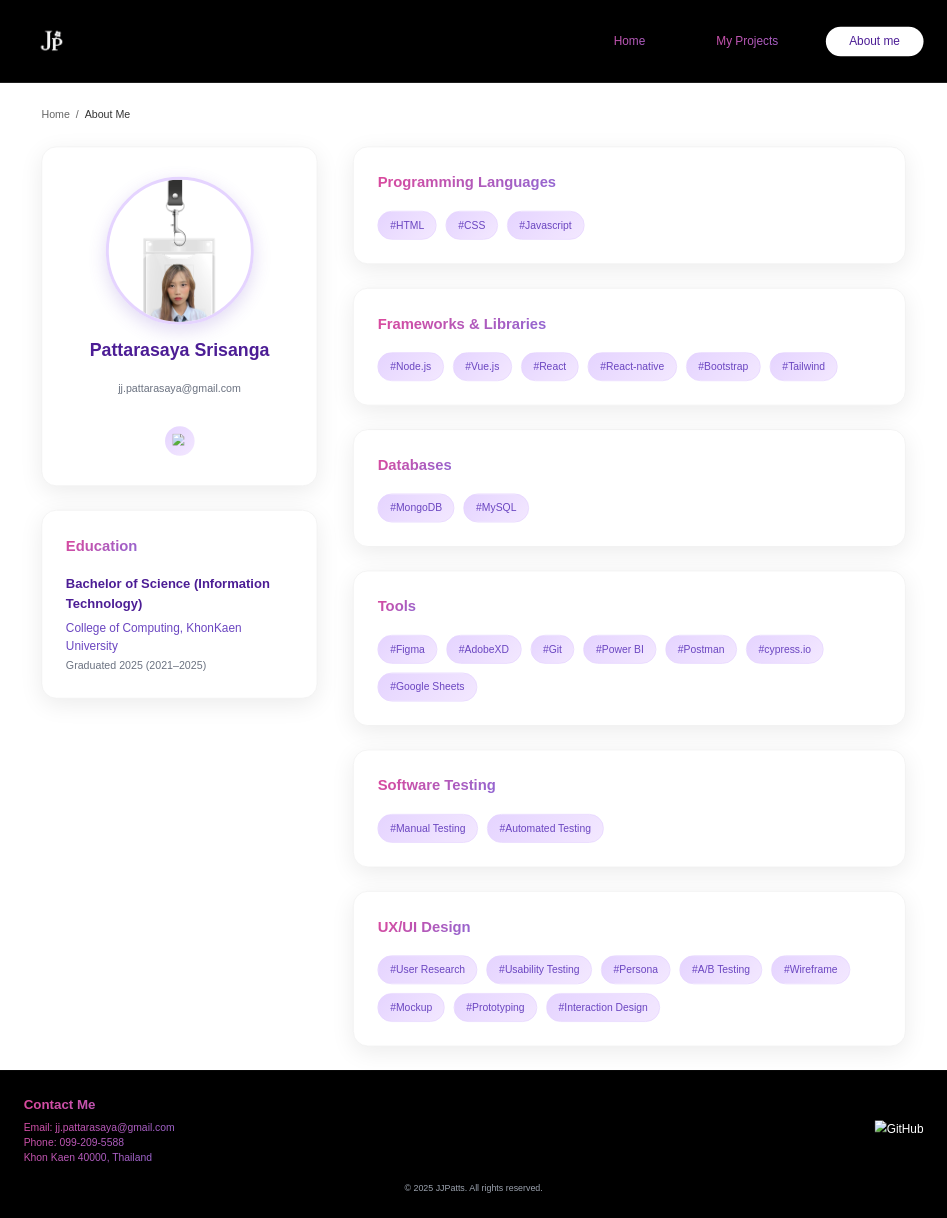
Repository: PattarasayaJJ/Portfolio-jjpatts
Page: /aboutme
The author's editor kept a copy of each file at every save. The page is drawn from the files as they stood at one save, then again after the next save.
The browser window is 1280 px wide. The pictures show the whole page, at 74% of full size.
The project was rebuilt for these pictures with package versions that can differ from the ones it lists, and the page was loaded fresh each time. Also part of the build but not shown: vite.config.js, vite.config.ts, src/header.css, src/hero.css, src/components/Hero.jsx, src/projects.css, src/components/Works.jsx.

Above is the page before, as saved 2025-08-03 15:14:24.

After the next save:
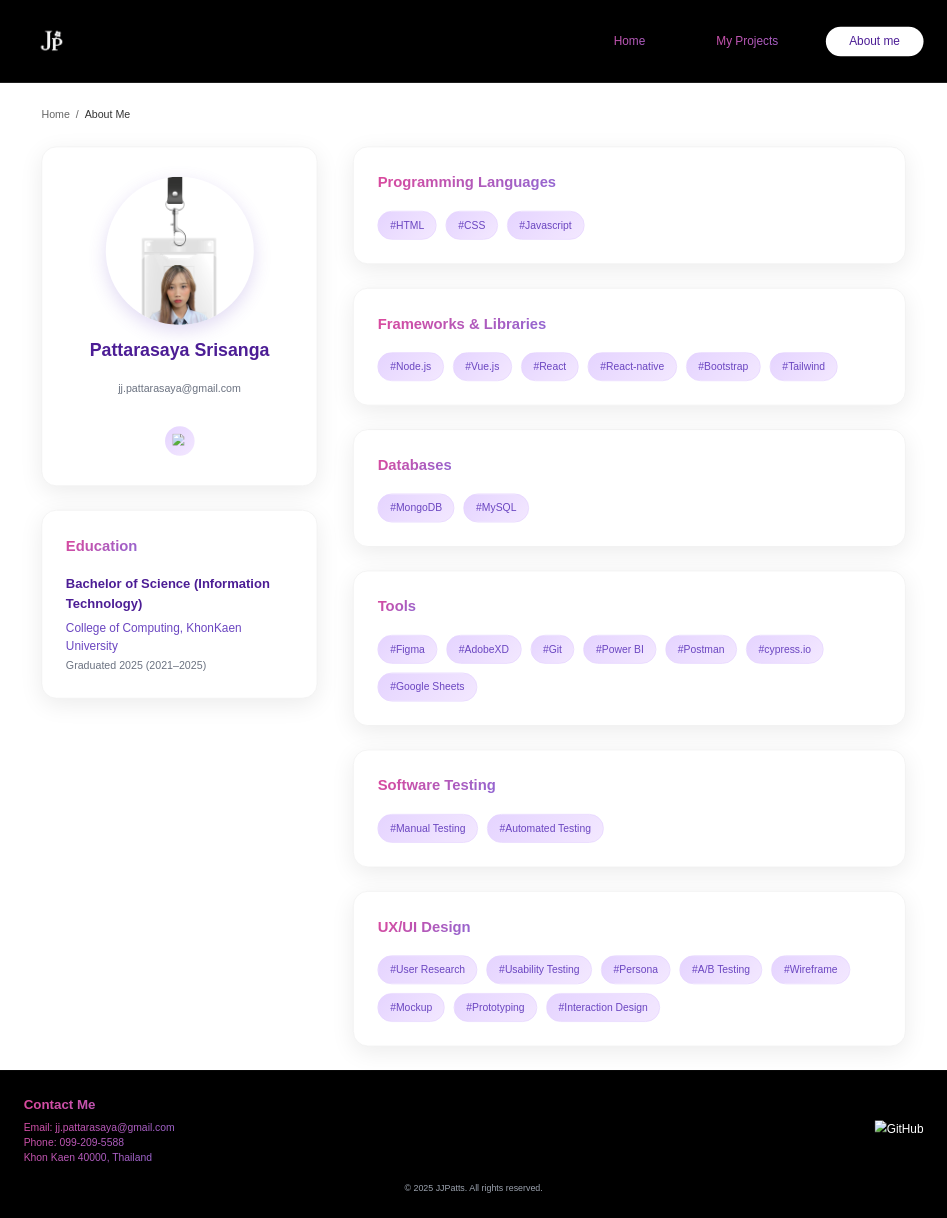
Saved 23 s later.
--- a/src/aboutme.css
+++ b/src/aboutme.css
@@ -68,7 +68,6 @@
   height: 200px;
   border-radius: 50%;
   overflow: hidden;
-  border: 4px solid #e5d4ff;
   box-shadow: 0 8px 24px rgba(107, 70, 193, 0.2);
   transition: transform 0.3s ease;
 }
